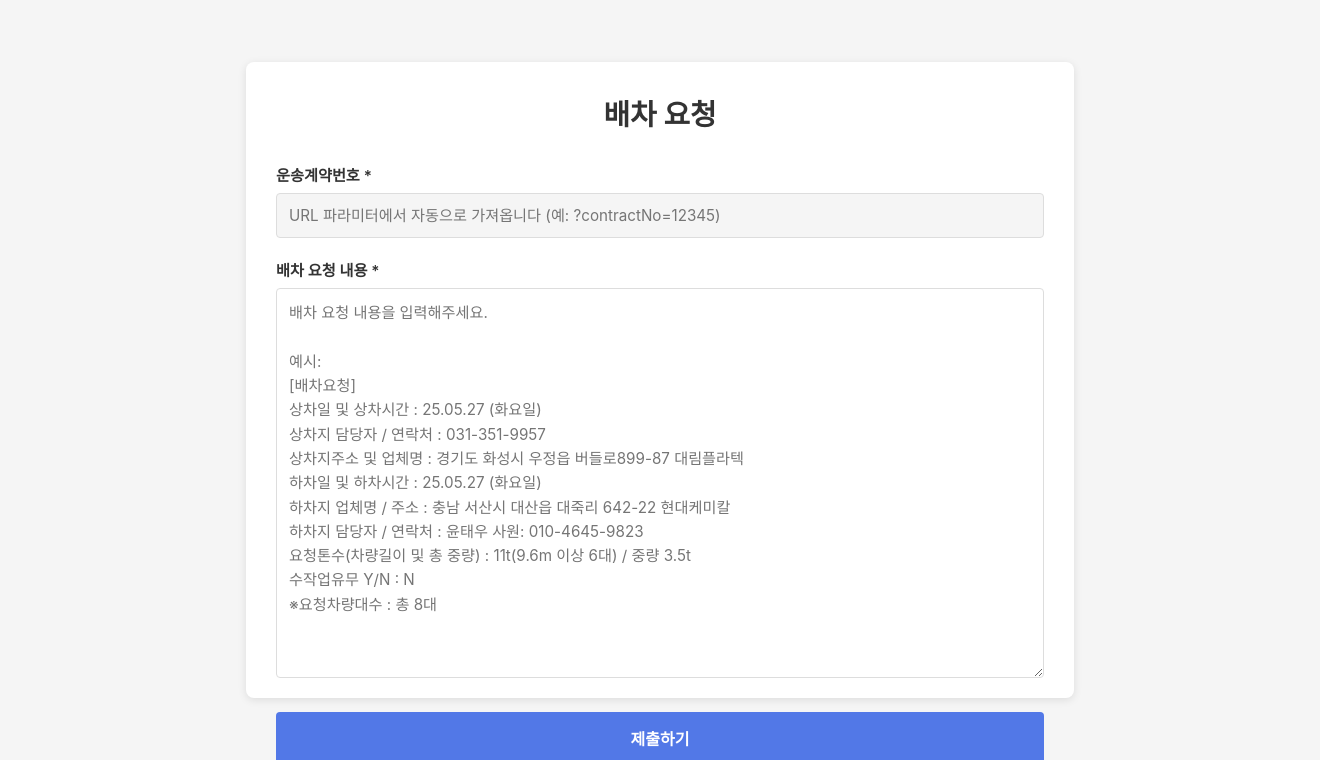
Repository: deul428/logis_transport
Page: / (app in frontend/)
The author's editor kept a copy of each file at every save. The page is drawn from the files as they stood at one save, then again after a run of saves.
The browser window is 1280 px wide. The page is 1320 px wide, then 1280 px, so the pictures cover 1320 px, including what lies to the right of the window. The pictures show the whole page.
The project was rebuilt for these pictures with package versions that can differ from the ones it lists, and the page was loaded fresh each time. Also part of the build but not shown: frontend/src/App.scss.

Above is the page before, as saved 2025-11-13 13:48:58.

After the next 4 saves:
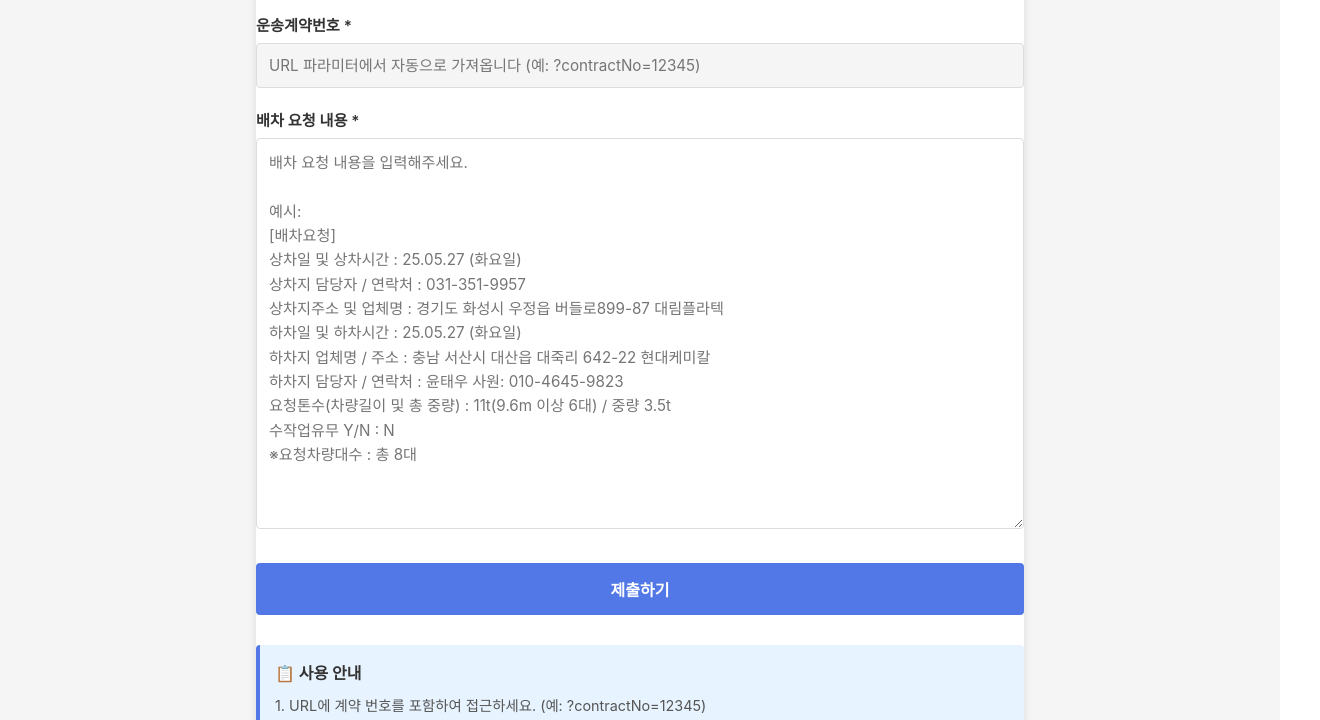
The 4 saves are shown as one change because they came seconds apart.
The last was saved 12 s later.
--- a/frontend/src/styles/transport.scss
+++ b/frontend/src/styles/transport.scss
@@ -2,7 +2,6 @@
   width: 100dvw;
   height: 100dvh;
   margin: 0 auto;
-  padding: 20px;
   min-height: 100vh;
   background-color: #f5f5f5;
   display: flex;
@@ -12,10 +11,8 @@
 
   .cntnt_box {
     width: 60%;
-    height: 80%;
     background-color: white;
     border-radius: 8px;
-    padding: 30px;
     box-shadow: 0 2px 8px rgba(0, 0, 0, 0.1);
 
     .transport_header {
